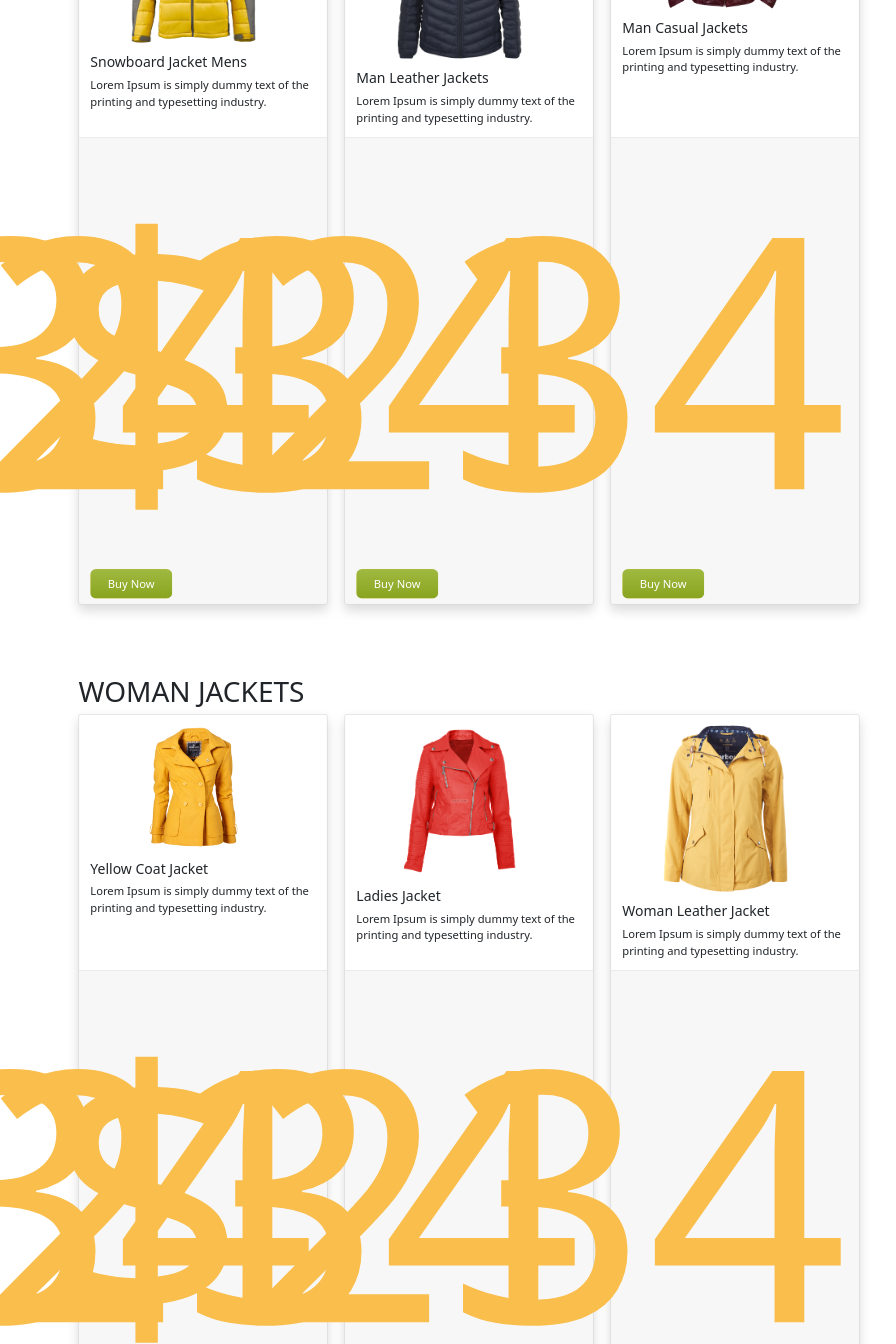
Repository: sabbircse3/fashion
Page: index.html
These files come from the project's save history. The page is drawn as it stood at one moment and after a run of saves; the edit follows.
The browser window is 1280 px wide. The pictures show the part of the page from y = 810 to 2730 px (the page is 3354 px tall before and 2634 px after), at 70% of full size.

Above is the page before, as saved 2021-01-14 04:15:37.

### index.html
<!DOCTYPE html>
<html lang="en">
<head>
    <meta charset="UTF-8">
    <meta name="viewport" content="width=device-width, initial-scale=1.0">
    <title>Rich Fashion</title>

    <link rel="stylesheet" href="css/bootstrap.min.css">
    <style>
        .bg{
            background-color: #fffbf0be;
        }
        #hmenu{
            margin: 20px 0px 0px 500px;
        }
        .half-width{
            width: 35%;
            float: left;
            margin-left: 9%;
            padding-left: 2%;
        }
        .half-width h1{
            margin-top: 150px;
        }
        .half-width img{
            width: 100%;
        }

        h1{
            font-size: 50px;
        }
        h2{
            font-size: 40px;
        }
        .name-highlight{
            color: #FABE4C;
        }
        .names{
            margin:0px 0px 100px 100px;
            position: relative;
            background-color: white;
        }
        .secound{


        }
        .secound-img{
            image-orientation: inherit;

        }
        .h-100 {
    height: 100%!important;
}
.center{
    display: block;
    margin-left:75px;
    margin-top: 15px;
    width: 50%;
}
.img-card-icon{
    margin-left: 20px;
    width: 50%;
    margin-top: 12px;
}
.btn{
    background-image: linear-gradient(to bottom, #A0B941 0%, #89A41F 100%);
    color: #fff;
    border: none;
    border-radius: 8px;
    padding: 9px 25px;
    cursor: pointer;
}
h4{
    position: relative;
    float: right;
    font-size: 500px;
    color: #FABE4C;
}

    </style>
</head>
<body>
    <header class="container bg">

        <nav class="navbar navbar-expand-lg navbar-light ">
            <div class="container-fluid">

              <a class="navbar-brand" href="#"><img src="images/Group 33072.png" alt="" width="250px"></a>

              <button class="navbar-toggler" type="button" data-bs-toggle="collapse" data-bs-target="#navbarNavAltMarkup" aria-controls="navbarNavAltMarkup" aria-expanded="false" aria-label="Toggle navigation">
                <span class="navbar-toggler-icon"></span>
              </button>

              <div class="collapse navbar-collapse hmenu"navbarNavAltMarkup">

                <div  class="navbar-nav" id="hmenu" >
                  <a class="nav-link active" aria-current="page" href="#">Home</a>
                  <a class="nav-link active" href="#">Product</a>
                  <a class="nav-link active" href="#">About us</a>
                  <a class="nav-link active" href="#" tabindex="-1" aria-disabled="true">Contact us</a>
                </div>
              </div>
            </div>
          </nav>
    </header>


    <section class="bg">
    <div class="container ">
        <div id="carouselExampleControls" class="carousel slide orange-bg" data-ride="carousel">
            <div class="carousel-inner">
              <div class="carousel-item active">
                <div class="row align-items-center">
                    <div class="col-md-7">
                        <h1><span class="name-highlight">BE THE PENGUINES <br></span>OF WINTER</h1>
                        <p>Lorem Ipsum is simply dummy text of the printing and typesetting industry.</p>
                        <button class="btn btn-warning">Buy Now</button>
                    </div>
                    <div class="col-md-5">
                        <img src="images/penguin.png" class="d-block w-100" alt="...">
                    </div>
                </div>



            </div>

          </div>
    </div>
</section>

    <section class="mt-5 names container">
        <h3>MAN JACKETS</h3>
        <div class="row row-cols-1 row-cols-md-3 g-4">
            <div class="col">
                <div class="card h-100 shadow">
                    <img src="images/image 11.png" class="card-img-top center" alt="...">
                    <div class="card-body">
                        <h5 class="card-title">Snowboard Jacket Mens</h5>
                        <p class="card-text">Lorem Ipsum is simply dummy text of the printing and typesetting industry.</p>
                    </div>
                    <div class="card-footer">
                        <h4>$234</h4>
                        <button class="btn btn-warning">Buy Now</button>
                    </div>
                </div>
            </div>
            <div class="col">
                <div class="card h-100 shadow">
                    <img src="images/toppng 1.png" class="card-img-top center" alt="...">
                    <div class="card-body">
                        <h5 class="card-title">Man Leather Jackets</h5>
                        <p class="card-text">Lorem Ipsum is simply dummy text of the printing and typesetting industry.</p>
                    </div>
                    <div class="card-footer">
                        <h4>$234</h4>
                        <button class="btn btn-warning">Buy Now</button>
                    </div>
                </div>
            </div>
            <div class="col">
                <div class="card h-100 shadow">
                    <img src="images/vippng 1.png" class="card-img-top center" alt="...">
                    <div class="card-body">
                        <h5 class="card-title">Man Casual Jackets</h5>
                        <p class="card-text">Lorem Ipsum is simply dummy text of the printing and typesetting industry.</p>
                    </div>
                    <div class="card-footer">
                        <h4>$234</h4>
                        <button class="btn btn-warning">Buy Now</button>
                    </div>
                </div>
            </div>
        </div>
    </section>

    <section class="mt-5 names container">
        <h2>WOMAN JACKETS</h2>
        <div class="row row-cols-1 row-cols-md-3 g-4">
            <div class="col">
                <div class="card h-100 shadow">
                    <img src="images/SeekPng 1.png" class="card-img-top center" alt="...">
                    <div class="card-body">
                        <h5 class="card-title">Yellow Coat Jacket</h5>
                        <p class="card-text">Lorem Ipsum is simply dummy text of the printing and typesetting industry.</p>
                    </div>
                    <div class="card-footer">
                        <h4>$234</h4>
                        <button class="btn btn-warning">Buy Now</button>
                    </div>
                </div>
            </div>
            <div class="col">
                <div class="card h-100 shadow">
                    <img src="images/image 15.png" class="card-img-top center" alt="...">
                    <div class="card-body">
                        <h5 class="card-title">Ladies Jacket</h5>
                        <p class="card-text">Lorem Ipsum is simply dummy text of the printing and typesetting industry.</p>
                    </div>
                    <div class="card-footer">
                        <h4>$234</h4>
                        <button class="btn btn-warning">Buy Now</button>
                    </div>
                </div>
            </div>
            <div class="col">
                <div class="card h-100 shadow">
                    <img src="images/PngItem_2597366 1.png" class="card-img-top center" alt="...">
                    <div class="card-body">
                        <h5 class="card-title">Woman Leather Jacket</h5>
                        <p class="card-text">Lorem Ipsum is simply dummy text of the printing and typesetting industry.</p>
                    </div>
                    <div class="card-footer">
                        <h4>$234</h4>
                        <button class="btn btn-warning">Buy Now</button>
                    </div>
                </div>
            </div>
        </div>
    </section>

    <section>
        <div class="container ">
            <div id="carouselExampleControls" class="carousel slide orange-bg" data-ride="carousel">
                <div class="carousel-inner">
                  <div class="carousel-item active">
                    <div class="row align-items-center">
                        <div class="col-md-7">
                            <div class="card mb-3" style="max-width: 500px;">
                                <div class="row g-0">
                                  <div class="col-md-4">
                                    <img src="images/image 12.png" alt="..." width="80px" class="img-card-icon">
                                  </div>
                                  <div class="col-md-8">
                                    <div class="card-body">
                                      <h5 class="card-title">Find the Perfect Fit
                                    </h5>
                                      <p class="card-text">Lorem Ipsum is simply dummy text of the printing and typesetting industry.</p>

                                    </div>
                                  </div>
                                </div>
                              </div>
                              <div class="card mb-3" style="max-width: 500px;">
                                <div class="row g-0">
                                  <div class="col-md-4">
                                    <img src="images/image 13.png" alt="..." width="80px" class="img-card-icon">
                                  </div>
                                  <div class="col-md-8">
                                    <div class="card-body">
                                      <h5 class="card-title">Free Exchanges</h5>
                                      <p class="card-text">Lorem Ipsum is simply dummy text of the printing and typesetting industry.</p>
                                    </div>
                                  </div>
                                </div>
                              </div>
                              <div class="card mb-3" style="max-width: 500px;">
                                <div class="row g-0">
                                  <div class="col-md-4">
                                    <img src="images/image 14.png" alt="..." width="80px" class="img-card-icon">
                                  </div>
                                  <div class="col-md-8">
                                    <div class="card-body">
                                      <h5 class="card-title">Free Exchanges</h5>
                                      <p class="card-text">Lorem Ipsum is simply dummy text of the printing and typesetting industry.</p>

                                    </div>
                                  </div>
                                </div>
                              </div>
                        </div>
                        <div class="col-md-5">
                            <img src="images/XMLID 1.png" class="d-block w-100" alt="...">
                        </div>
                    </div>
                </div>
              </div>
        </div>
    </section>

    <script src="js/bootstrap.min.js"></script>
</body>
</html>

Loaded but not shown: css/bootstrap.min.css (library); js/bootstrap.min.js (library)

After the next 2 saves:
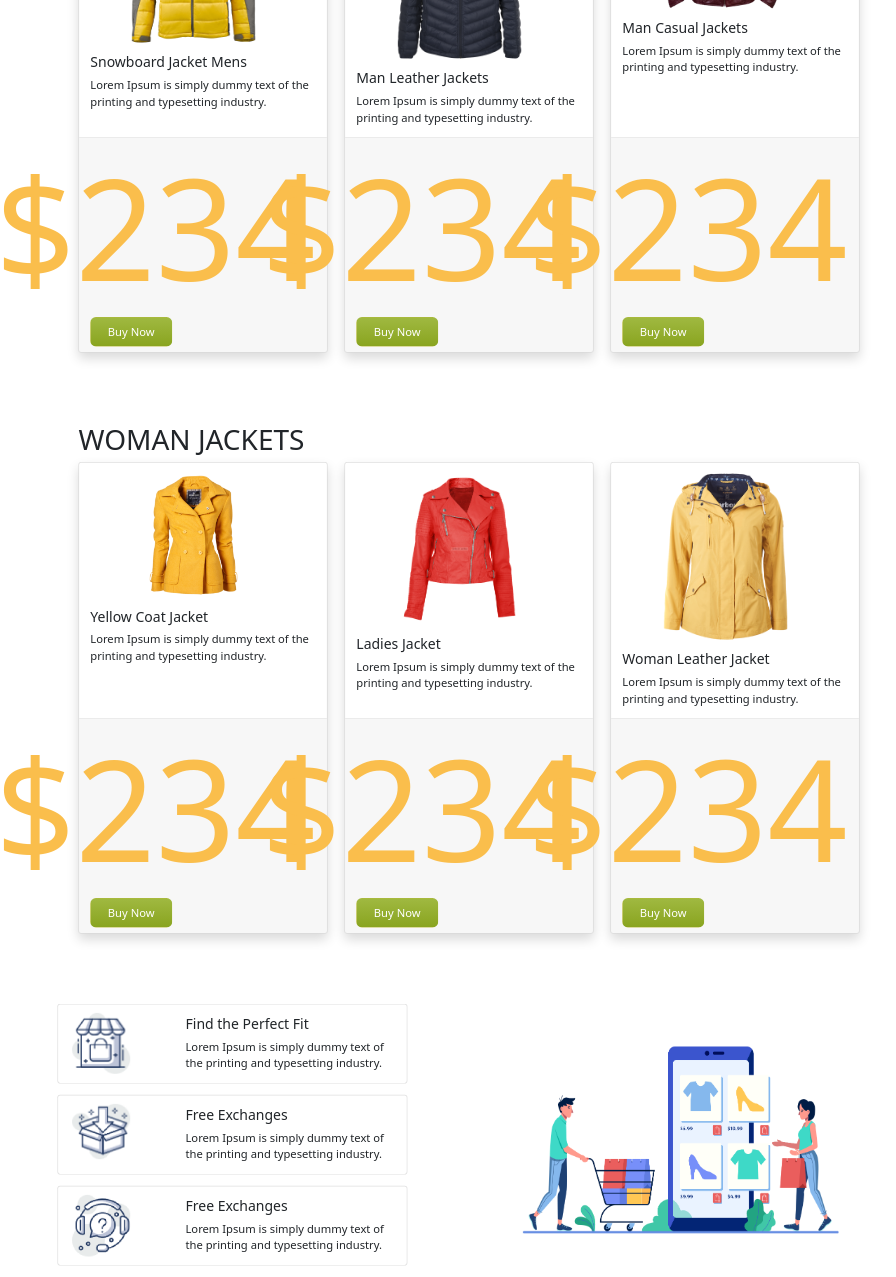
The 2 saves are shown as one change because they came seconds apart.
The last was saved 10 s later.
--- a/index.html
+++ b/index.html
@@ -73,7 +73,7 @@
 h4{
     position: relative;
     float: right;
-    font-size: 500px;
+    font-size: 200px;
     color: #FABE4C;
 }
 
